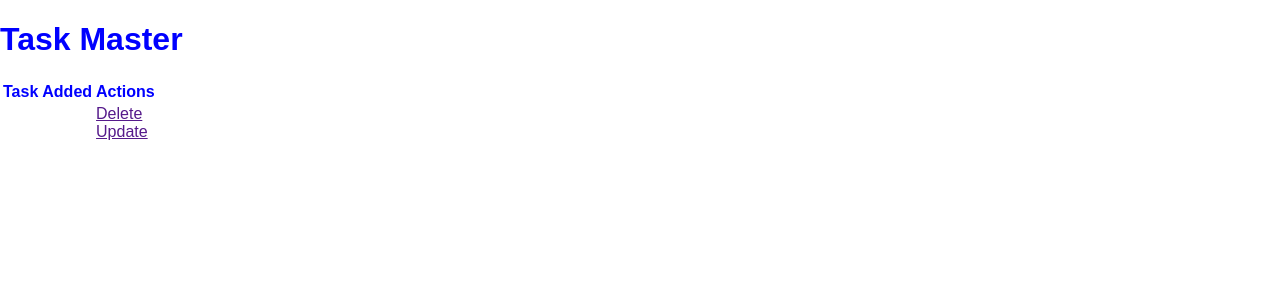
Repository: zamaniali1995/Flask-Intro
Page: http://localhost/
An editor plug-in stored every save of this project. The page is shown before and after the next save, followed by the edit.
The browser window is 1280 px wide. The pictures show the whole page.
The page is served by the project's application, run on Flask 3 (app.py).

Above is the page before, as saved 2021-05-12 12:42:35.

### templates/index.html
{% extends 'base.html' %} {% block head %} {% endblock %} {% block body %}
<div class="content">
    <h1>Task Master</h1>

    <table>
        <tr>
            <th>Task</th>
            <th>Added</th>
            <th>Actions</th>
        </tr>
        <tr>
            <td></td>
            <td></td>
            <td>
                <a href="">Delete</a>
                <br>
                <a href="">Update</a>
            </td>
        </tr>
    </table>

    <form action="/" method="POST">

    </form>
</div>
{% endblock %}

### templates/base.html
<!DOCTYPE html>
<html lang="en">

<head>
    <meta charset="UTF-8">
    <meta name="viewport" content="width=device-width, initial-scale=1.0">
    <link rel="stylesheet" href="{{ url_for('static', filename='css/main.css') }}"> {% block head %}{% endblock %}
</head>

<body>
    {% block body %}{% endblock %}
</body>

</html>

### app.py
from flask import Flask, render_template, url_for
from flask_sqlalchemy import SQLAlchemy
from datetime import datetime

app = Flask(__name__)
app.config['SQLALCHEMY_DATABASE_URI'] = 'sqlite:///test.db'
db = SQLAlchemy(app)


class Todo(db.Model):
    id = db.Column(db.Integer, primary_key=True)
    content = db.Column(db.String(200), nullable=False)
    date_created = db.Column(db.DateTime, default=datetime.utcnow)

    def __repr__(self):
        return '<Task %r>' % self.id
@app.route('/', methods=['POST', 'GET'])
def index():
    return render_template("index.html")

if __name__ == "__main__":
    app.run(debug=True)

### static/css/main.css
body {
    margin: 0;
    font-family: sans-serif;
    color: blue;
}

After the next save:
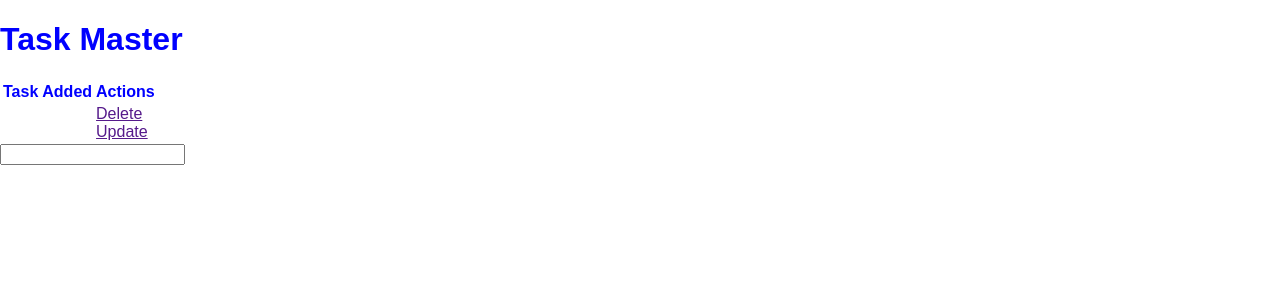
Saved 23 s later.
--- a/templates/index.html
+++ b/templates/index.html
@@ -20,7 +20,7 @@
     </table>
 
     <form action="/" method="POST">
-
+        <input type="text" name="content">
     </form>
 </div>
 {% endblock %}
